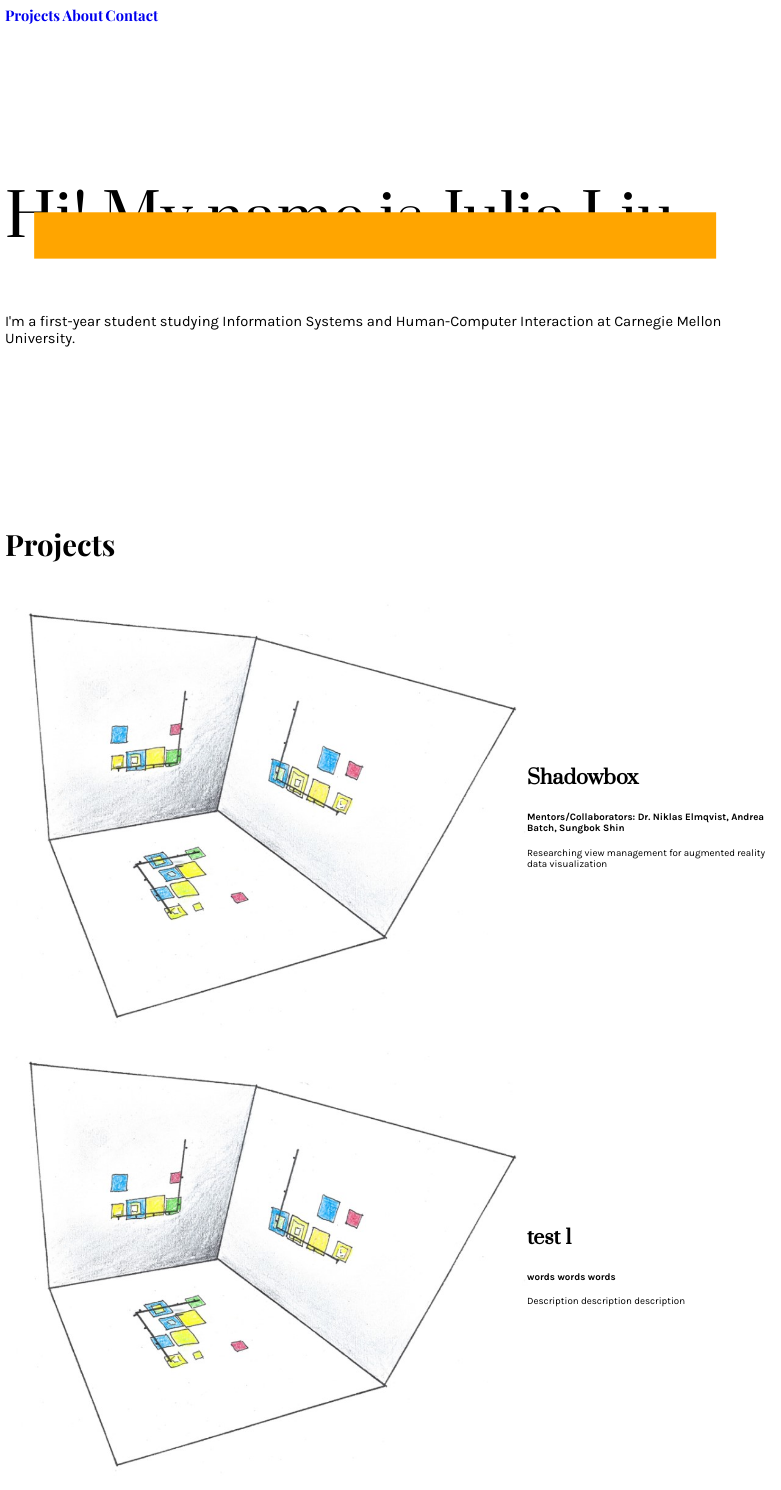
Repository: liu-julia/liu-julia.github.io
Page: index.html
An editor plug-in stored every save of this project. The page is shown before and after the next save, followed by the edit.
The browser window is 1280 px wide. The pictures show the whole page, at 61% of full size.

Above is the page before, as saved 2022-04-26 19:00:39.

### index.html
<!DOCTYPE html>
<html lang="en">
<head>
    <meta charset="UTF-8">
    <meta http-equiv="X-UA-Compatible" content="IE=edge">
    <meta name="viewport" content="width=device-width, initial-scale=1.0">
    <link rel="preconnect" href="https://fonts.googleapis.com">
    <link rel="preconnect" href="https://fonts.gstatic.com" crossorigin>
    <link href="https://fonts.googleapis.com/css2?family=Karla:wght@300;400;700&family=Open+Sans:wght@300;400;700&family=Playfair+Display:wght@400;700&family=Prata&display=swap" rel="stylesheet">
    <link rel="stylesheet" href="css/styles.css">
    <link rel="icon" href="images/jllogo.png">
    <title>Julia Liu</title>
</head>
<body>
    <header>
        <a href="index.html">Projects</a>
        <a href="about.html">About</a>
        <a href="contact.html">Contact</a>
    </header>
    <div id="content">
        <br>
        <br>
        <br>
        <br>
        <br>
        <br>
        <br>
        <br>
        <br>
        <br>
        <h1 class="highlighted">Hi! My name is Julia Liu.</h1>
        <p id="head_desc">I'm a first-year student studying Information Systems and Human-Computer Interaction at Carnegie Mellon University.</p>
        <br>
        <br>
        <br>
        <br>
        <br>
        <br>
        <br>
        <br>
        <br>
        <br>
        <br>
        <br>
        <h2>Projects</h2>
        <div class="project">
            <img src="images/shadowbox.jpg" alt="Shadowbox">
            <div class="project-text">
                <h3>Shadowbox</h3>
                <h4>Mentors/Collaborators: Dr. Niklas Elmqvist, Andrea Batch, Sungbok Shin</h4>
                <p>Researching view management for augmented reality data visualization</p>
            </div>
        </div>
        <div class="project">
            <img src="images/shadowbox.jpg" alt="Shadowbox">
            <div class="project-text">
                <h3>test 1</h3>
                <h4>words words words</h4>
                <p>Description description description</p>
            </div>
        </div>
    </div>
</body>
</html>

### css/styles.css
:root {
    font-family: 'Karla', sans-serif;
}
h1 {
    font-family: 'Prata', serif;
    font-weight: 400;
    font-size: 6em;
}
h1{
    position: relative;
    display:inline-block;
    text-align: center;
}
.highlighted::after {
    content: "";
    position: absolute;
    width: 100%;
    background: orange;
    left: .5em;
    bottom: 0;
    height: .8em;
    z-index: -.5;
}
h2 {
    font-family: 'Playfair Display', serif;
    font-size: 3em;
}
h3 {
    font-family: 'Prata', serif;
    font-size: 2em;
}
a {
    font-family: 'Playfair Display', serif;
    font-size: 1.5em;
    font-weight: 700;
    text-decoration: none;
}
#head_desc {
    font-size: 1.5em;
    font-weight: 400;
}
.project {
    display: flex;
    align-items: center;
}

After the next save:
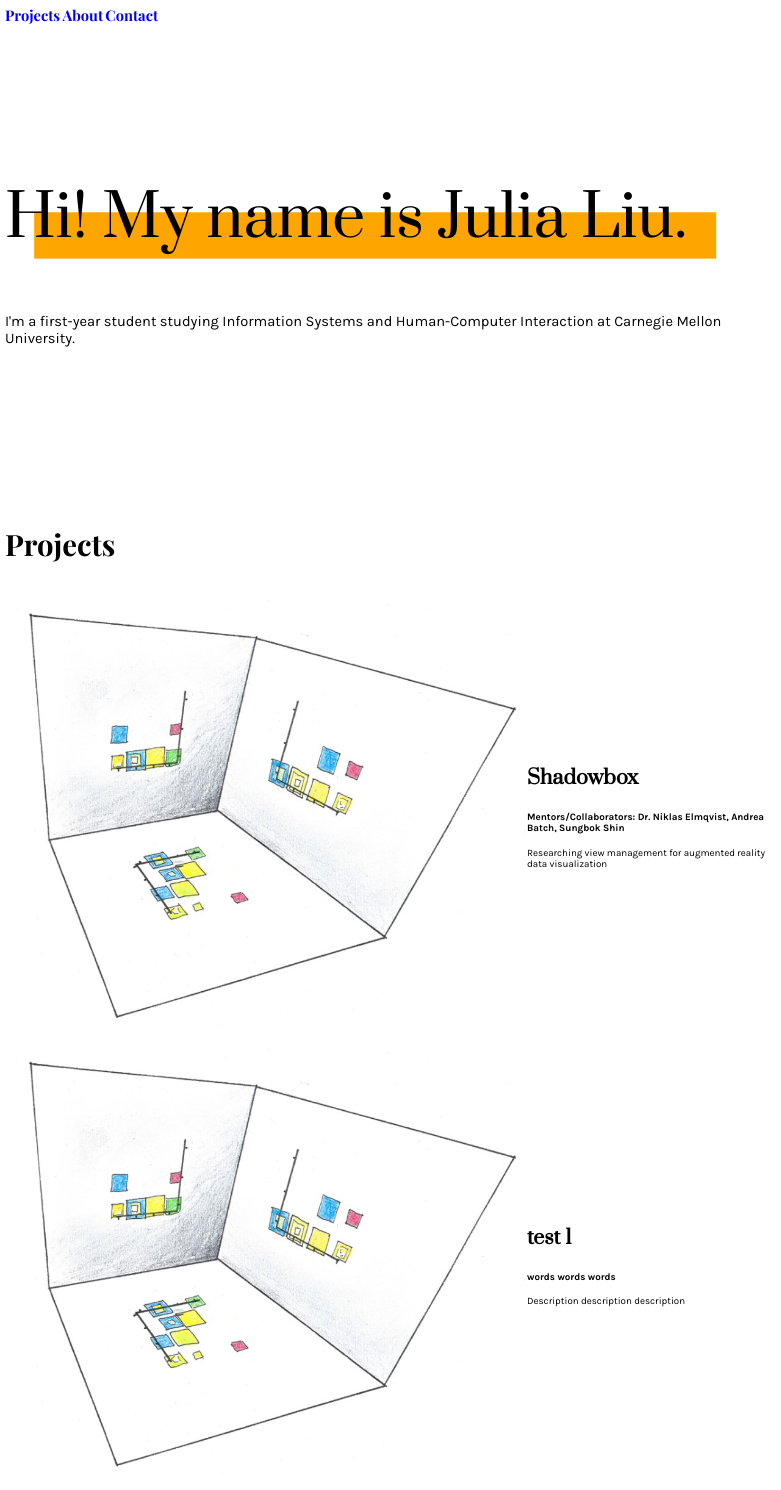
Saved 8 s later.
--- a/css/styles.css
+++ b/css/styles.css
@@ -19,7 +19,7 @@ h1{
     left: .5em;
     bottom: 0;
     height: .8em;
-    z-index: -.5;
+    z-index: -1;
 }
 h2 {
     font-family: 'Playfair Display', serif;

After the save that followed:
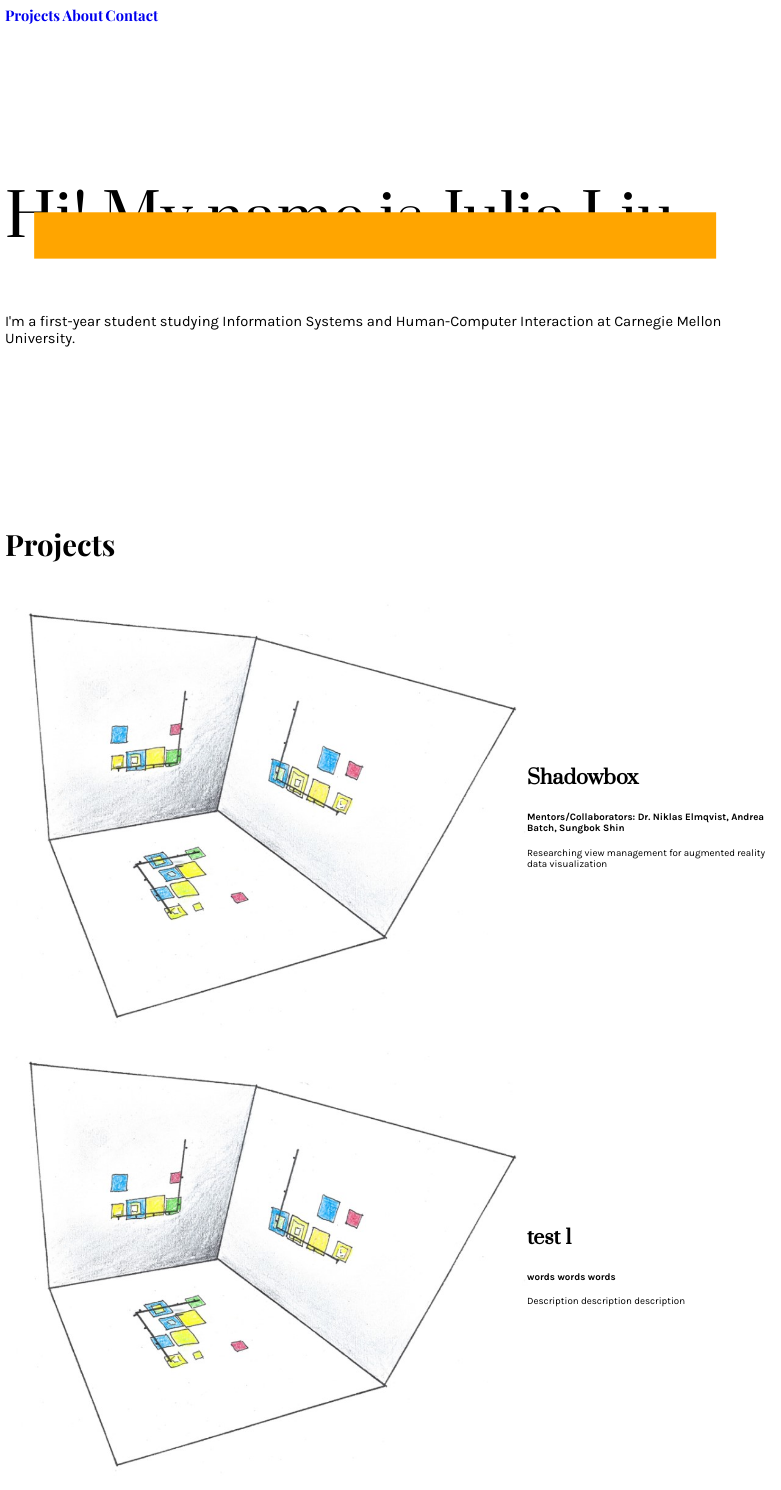
Saved 6 s later.
--- a/css/styles.css
+++ b/css/styles.css
@@ -19,7 +19,7 @@ h1{
     left: .5em;
     bottom: 0;
     height: .8em;
-    z-index: -1;
+    z-index: -.9;
 }
 h2 {
     font-family: 'Playfair Display', serif;
